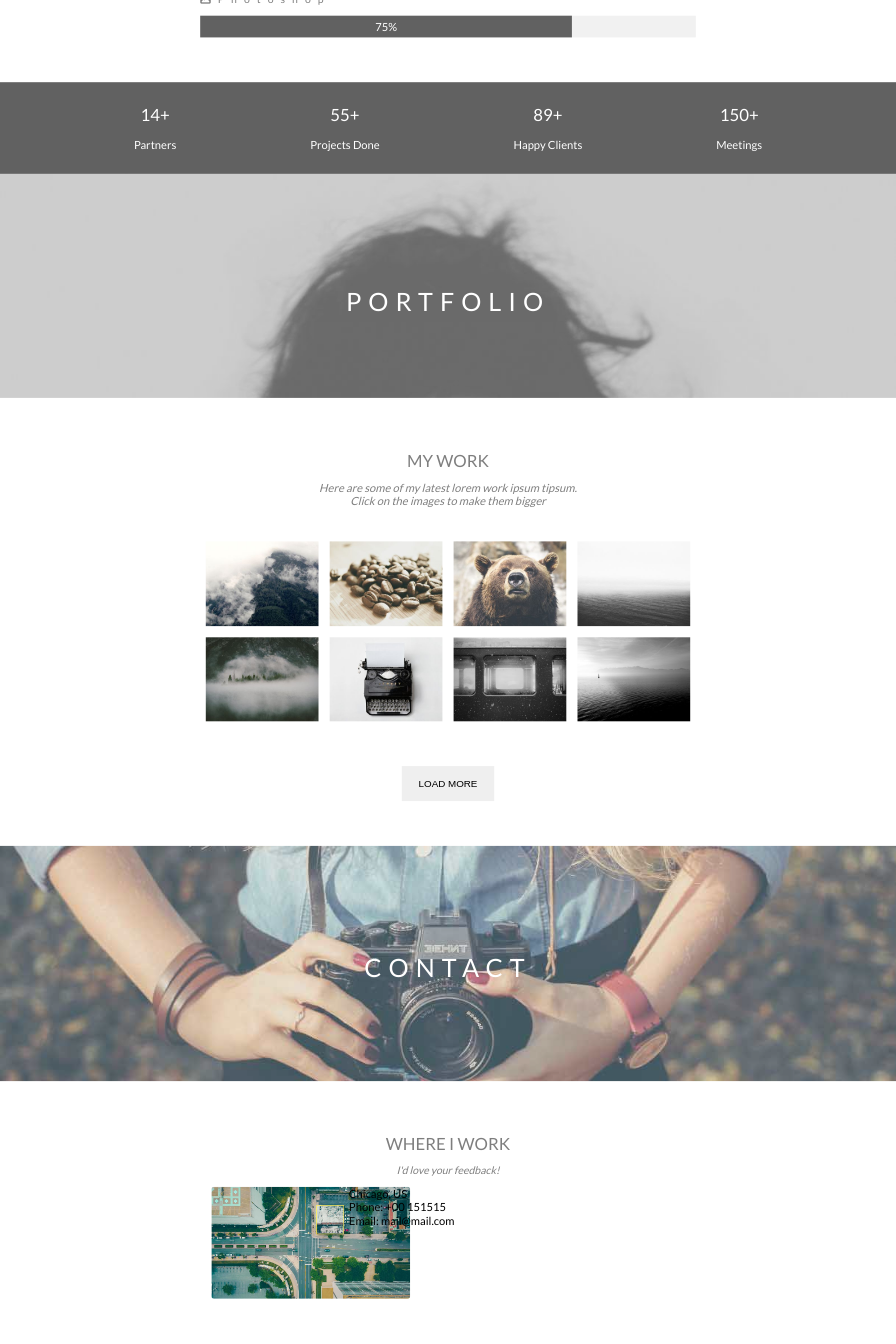
Repository: xd25vn/project-error
Page: index.html
These files come from the project's save history. The page is drawn as it stood at one moment and after a run of saves; the edit follows.
The browser window is 1280 px wide. The pictures show the part of the page from y = 1718 to 3638 px (the page is 3638 px tall before and 3620 px after), at 70% of full size.

Above is the page before, as saved 2023-09-03 17:32:35.

### index.html
<html lang="en">
<head>
    <meta charset="UTF-8">
    <meta name="viewport" content="width=device-width, initial-scale=1.0">
    <title>TEMPLATE PARALLAX</title>
    <link rel="stylesheet" href="./assets/base.css">
    <link rel="stylesheet" href="./assets/main.css">
    <link rel="stylesheet" href="https://fonts.googleapis.com/css?family=Lato">
    <link rel="stylesheet" href="./assets/font/fontawesome-free-6.4.0-web/fontawesome-free-6.4.0-web/css/all.min.css">
</head>
<body>
    <!--! HEADER -->
    <header>
        <!--? NAV -->
        <ul id="nav">
            <li><a href="#">Home</a></li>
            <li><a href="#"><i class="fa-solid fa-user"></i>About</a></li>
            <li><a href="#"><i class="fa fa-th"></i>Portfolio</a></li>
            <li><a href="#"><i class="fa-solid fa-envelope"></i>contact</a></li>
        </ul>
        <div class="nav-icon-search">
            <i class="fa-solid fa-magnifying-glass"></i>
        </div>
        <!--? NAV -->
    </header>
    <!--! HEADER -->
    <!--& SIDEBAR -->
    <div id="sidebar">
        <div class="sidebar-img-one"></div>
        <div class="sidebar-text-one">
            <span>MY WEBSITE LOGO</span>
        </div>
    </div>
    <!-- & SIDEBAR -->
    <div id="content">
        <div id="about">
            <h3 class="heading-section">ABOUT ME</h3>
            <p class="sub-heading-section">I love photography</p>
            <p class="about-section">We have created a fictional "personal" website/blog, and our fictional character is a hobby photographer. Lorem ipsum dolor sit amet, consectetur adipiscing elit, sed do eiusmod tempor incididunt ut labore et dolore magna aliqua. Ut enim ad minim veniam, quis nostrud exercitation ullamco laboris nisi ut aliquip ex ea commodo consequat. Duis aute irure dolor in reprehenderit in voluptate velit esse cillum dolore eu fugiat nulla pariatur. Excepteur sint occaecat cupidatat non proident, sunt in culpa qui officia deserunt mollit anim id est laborum consectetur adipiscing elit, sed do eiusmod tempor incididunt ut labore et dolore magna aliqua. Ut enim ad minim veniam, quis nostrud exercitation ullamco laboris nisi ut aliquip ex ea commodo consequat.</p>

            <div id="per-dec-one">
                <div class="per-img-one">
                    <div class="heading-per-one">
                        <b><i class="fa fa-user w3-margin-right"></i>My Name</b>
                    </div>
                    <br>
                    <div class="per-img">
                        <img src="./assets/image/per-dec-img/avatar_hat.jpg" alt="AVATER HAT">
                    </div>
                </div>

                <div class="per-text-one">
                    <p>Welcome to my website. I am lorem ipsum consectetur adipiscing elit, sed do eiusmod tempor incididunt ut labore et dolore magna aliqua. Ut enim ad minim veniam, quis nostrud exercitation ullamco laboris nisi ut aliquip ex ea commodo consequat. Duis aute irure dolor in reprehenderit in voluptate velit esse cillum dolore eu fugiat nulla pariatur. Excepteur sint occaecat cupidatat non proident, sunt in culpa qui officia deserunt mollit anim id est laborum consectetur adipiscing elit, sed do eiusmod tempor incididunt ut labore et dolore magna aliqua. Ut enim ad minim veniam, quis nostrud exercitation ullamco laboris nisi ut aliquip ex ea commodo consequat.</p>
                </div>
            </div>

            <div class="rate">
                <div class="rate-heading-one">
                        <p>Im really good at:</p>
                </div>
                <div class="wrapper-rate">
                    <div class="rate-section">
                        <div class="rate-section-text-one">
                            <p><i class="fa-solid fa-camera"></i>Photography</p>
                        </div>
                        <div class="rate-section-bg">
                            <div class="rate-section-sub-bg-one">
                                <p>90%</p>
                            </div>
                        </div>
                    </div>

                    <div class="rate-section">
                        <div class="rate-section-text-one">
                            <p><i class="fa-sharp fa-solid fa-desktop"></i>Web Design</p>
                        </div>
                        <div class="rate-section-bg">
                            <div class="rate-section-sub-bg-two">
                                <p>85%</p>
                            </div>
                        </div>
                    </div>

                    <div class="rate-section">
                        <div class="rate-section-text-one">
                            <p><i class="fa-solid fa-image"></i>Photoshop</p>
                        </div>
                        <div class="rate-section-bg">
                            <div class="rate-section-sub-bg-three">
                                <p>75%</p>
                            </div>
                        </div>
                    </div>
                </div>
            </div>
        </div>

        <div class="sum-number">
            <div class="value-section">
                <p class="heading-value">14+</p><br>
                <p>Partners</p>
            </div>

            <div class="value-section">
                <p class="heading-value">55+</p><br>
                <p>Projects Done</p>
            </div>

            <div class="value-section">
                <p class="heading-value">89+</p><br>
                <p>Happy Clients</p>
            </div>

            <div class="value-section">
                <p class="heading-value">150+</p><br>
                <p>Meetings</p>
            </div>
        </div>

        <div class="portfolio">
            <div class="heading-text">
                <p>PORTFOLIO</p>
            </div>
        </div>

        <div id="my-work">
            <div class="heading-work-one">
                <h3>MY WORK</h3>
            </div>

            <div class="sub-heading-work-one">
                <p>Here are some of my latest lorem work ipsum tipsum.<br>
                    Click on the images to make them bigger</p>
            </div>
            <br>
            <div class="work-list-img">
                <div class="work-list-img-one">
                    <div class="work-img-com">
                        <img src="./assets/image/work-list-img/p1.jpg" style="width: 100%;" alt="NONE">
                    </div>

                    <div class="work-img-com">
                        <img src="./assets/image/work-list-img/p2.jpg" style="width: 100%;" alt="NONE">
                    </div>

                    <div class="work-img-com">
                        <img src="./assets/image/work-list-img/p3.jpg" style="width: 100%;" alt="NONE">
                    </div>

                    <div class="work-img-com">
                        <img src="./assets/image/work-list-img/p4.jpg" style="width: 100%;" alt="NONE">
                    </div>
                </div>
                <div class="work-list-img-two">
                    <div class="work-img-com">
                        <img src="./assets/image/work-list-img/p5.jpg" style="width: 100%;" alt="NONE">
                    </div>

                    <div class="work-img-com">
                        <img src="./assets/image/work-list-img/p6.jpg" style="width: 100%;" alt="NONE">
                    </div>

                    <div class="work-img-com">
                        <img src="./assets/image/work-list-img/p7.jpg" style="width: 100%;" alt="NONE">
                    </div>

                    <div class="work-img-com">
                        <img src="./assets/image/work-list-img/p8.jpg" style="width: 100%;" alt="NONE">
                    </div>
                </div>
                <div class="work-btn">
                    <button>LOAD MORE</button>
                </div>
            </div>
        </div>

        <div id="contact">
            <p>CONTACT</p>
        </div>

        <div id="map-work">
            <div class="heading-map">
                <h3>WHERE I WORK</h3>
            </div>
            <div class="sub-heading-map">
                <p>I'd love your feedback!</p>
            </div>

            <div class="inf-map">
                <div class="map-img">
                    <img src="./assets/image/map.jpg" alt="MAP">
                </div>

                <div class="information">
                    <p> Chicago, US</p>
                    <p>Phone: +00 151515</p>
                    <p>Email: mail@mail.com</p>
                </div>
            </div>
        </div>
    </div>

    <footer id="footer">

    </footer>
</body>
</html>

### assets/base.css
* {
    margin: 0;
    padding: 0;
    box-sizing: border-box;
}
body {
    background-color: #fff;
    font-family: "Lato", sans-serif;
}

### assets/main.css
header {
    height: 43px;
    width: 100%;
    background-color: #fff;
    box-shadow: 0 0 10px rgba(0, 0, 0, 0.6);
    position: fixed;
    z-index: 1;
}

header #nav {
    display: flex;
    list-style: none;
    align-items: center;
    position: relative;
}

header #nav li {
    padding: 14px 16px;
    display: block;
}

header #nav li i {
    padding-right: 4px;
}

header
#nav
li a {
    text-decoration: none;
    color: #000;
    font-size: 15px;
    text-transform: uppercase;
}

header
#nav
li:hover {
    background: #ccc;
    cursor: pointer;
}

header
.nav-icon-search
i {
    position: absolute;
    top: 0;
    right: 0;
    padding: 14px 16px;
    text-align: center;
}

header .nav-icon-search:hover i {
    background-color: #f44336 !important;
    color: #fff;
    display: block;
    cursor: pointer;
}

#sidebar .sidebar-img-one {
    background: url(../assets/image/sidebar1.jpg) center / cover no-repeat;
    padding-top: calc(27% - 10.18px);
    opacity: 0.7;
    position: relative;
}

#sidebar .sidebar-text-one {
    background-color: #000 !important;
    position: absolute;
    padding: 12px 24px;
    left: 50%;
    transform: translateX(-50%);
    top: 23%;
    opacity: 0.8;
}

#sidebar .sidebar-text-one span {
    color: #fff;
    font-size: 24px;
    letter-spacing: 10;
}

#content #about {
    margin: 0px 270px;
    padding: 64px 16px;
}

#content #about .heading-section {
    margin: 10px 0px;
    font-size: 24px;
    font-weight: 400;
    text-align: center;
    opacity: 0.5;
}

#content #about .sub-heading-section {
    margin: 15px 0px;
    font-style: italic;
    text-align: center;
    opacity: 0.5;
}

#content #about .about-section {
    margin: 15px 0px;
    line-height: 1.8;
    opacity: 0.5;
}

#content #per-dec-one {
    display: flex;
}

#content #per-dec-one .per-img-one {
    padding: 12px 24px;
    text-align: center;
}

#content #per-dec-one .per-img-one .heading-per-one {
    margin: 15px 0px;
    font-size: 15px;
    opacity: 0.5;
}

#content #per-dec-one .per-img-one .heading-per-one i {
    padding-right: 8px;
}

#content #per-dec-one .per-img {
    width: 100%;
}

#content #per-dec-one .per-img img {
    height:  284px;
    width: 426px;
    opacity: 0.5;
}

#content #per-dec-one .per-img-one .per-img img:hover {
    opacity: 1;
}

#content #per-dec-one .per-text-one {
    margin: 15px 0;
    padding: 12px 24px;
    opacity: 0.5;
}

#content #per-dec-one .per-text-one p {
    line-height: 1.5;
}

#content .rate .rate-heading-one {
    margin: 18px 0px;
    padding: 16px 0px;
    text-align: center;
}

#content .rate .rate-heading-one p {
    font-size: 19px;
    opacity: 0.5;
}

.rate .rate-section .rate-section-text-one {
    margin: 15px 0;
}

.rate .rate-section .rate-section-text-one p {
    letter-spacing: 10px;
    font-size: 15px;
    opacity: 0.5;
}

.rate .rate-section .rate-section-bg {
    background-color: #f1f1f1;
    width: 100%;
}

.rate .rate-section .rate-section-bg .rate-section-sub-bg-one {
    background-color: #616161;
    width: 90%;
    padding: 6px 8px;
    text-align: center;
}

.rate .rate-section .rate-section-bg .rate-section-sub-bg-two {
    background-color: #616161;
    width: 85%;
    padding: 6px 8px;
    text-align: center;
}

.rate .rate-section .rate-section-bg .rate-section-sub-bg-three {
    background-color: #616161;
    width: 75%;
    padding: 6px 8px;
    text-align: center;
}

.rate .rate-section .rate-section-bg p {
    color: #fff;
}

#content .sum-number {
    display: flex;
    justify-content: space-evenly;
    background-color: #616161;
    padding: 16px 0px;
    text-align: center;
}

#content .sum-number .value-section {
    color: #fff;
    margin: 16px 0px;
}

#content .sum-number .value-section .heading-value {
    font-size: 24px;
}

#content .portfolio {
    background: url(../assets/image/parallax2.jpg) center / cover no-repeat;
    padding-top: 25%;
    width: 100%;
    opacity: 0.8;
    position: relative;
}

#content .portfolio .heading-text {
    position: absolute;
    top: 50%;
    left: 50%;
    transform: translateY(-50%);
    transform: translateX(-50%);
}

#content .portfolio .heading-text p {
    color: #fff;
    font-size: 36px;
    letter-spacing: 10px;
}

#content #my-work {
    margin: 0px 270px;
    padding: 64px 16px;
}

#content #my-work .heading-work-one {
    margin: 10px 0px;
    text-align: center;
}

#content #my-work .heading-work-one h3 {
    font-size: 24px;
    font-weight: 400;
    opacity: 0.5;
}

#content #my-work .sub-heading-work-one {
    text-align: center;
    margin: 15px 0px;
}

#content #my-work .sub-heading-work-one p {
    font-style: italic;
    opacity: 0.5;
}

#content #my-work .work-list-img .work-img-com {
    padding: 0px 8px;
    width: 25%;
}

#content #my-work .work-list-img .work-img-com:hover img {
    opacity: 0.7;
}

#content #my-work .work-list-img .work-list-img-one {
    display: inline-flex;
    margin-top: 15px;
}

#content #my-work .work-list-img .work-list-img-two {
    display: inline-flex;
    margin-top: 16px;
}

#content #my-work .work-btn {
    margin-top: 64px;
    text-align: center;
}

#content #my-work .work-btn button:hover {
    background-color: #ccc;
}

#content #my-work .work-btn button {
    padding: 17px 24px;
    border: none;
    cursor: pointer;
    font-size: 14px;
}

#content #contact {
    background: url(../assets/image/contact.jpg) center / cover no-repeat;
    width: 100%;
    padding-top: calc(27% - 10.18px);
    opacity: 0.8;
    position: relative;
}

#content #contact p {
    position: absolute;
    left: 50%;
    transform: translateX(-50%);
    top: 45%;
    letter-spacing: 10;
    font-size: 36px;
    color: white;
}

#content #map-work {
    margin: 0px 270px;
    padding: 64px 16px;
}

#content #map-work .heading-map {
    margin: 10px 0px;
    text-align: center;
}

#content #map-work .heading-map h3 {
    font-size: 24px;
    opacity: 0.5;
    font-weight: 400;
}

#content #map-work .sub-heading-map {
    margin: 15px 0px;
    text-align: center;
}

#content #map-work .sub-heading-map p {
    font-size: 15px;
    font-style: italic;
    opacity: 0.5;
}

#content #map-work .inf-map {
    display: flex;
}


#content #map-work .inf-map .map-img {
    width: 30%;
    padding: 0px 16px;
}

#content #map-work .inf-map .map-img img {
    width: 284px;
    border-radius: 4px;
}

Loaded but not shown: assets/font/fontawesome-free-6.4.0-web/fontawesome-free-6.4.0-web/css/all.min.css (library)

After the next 2 saves:
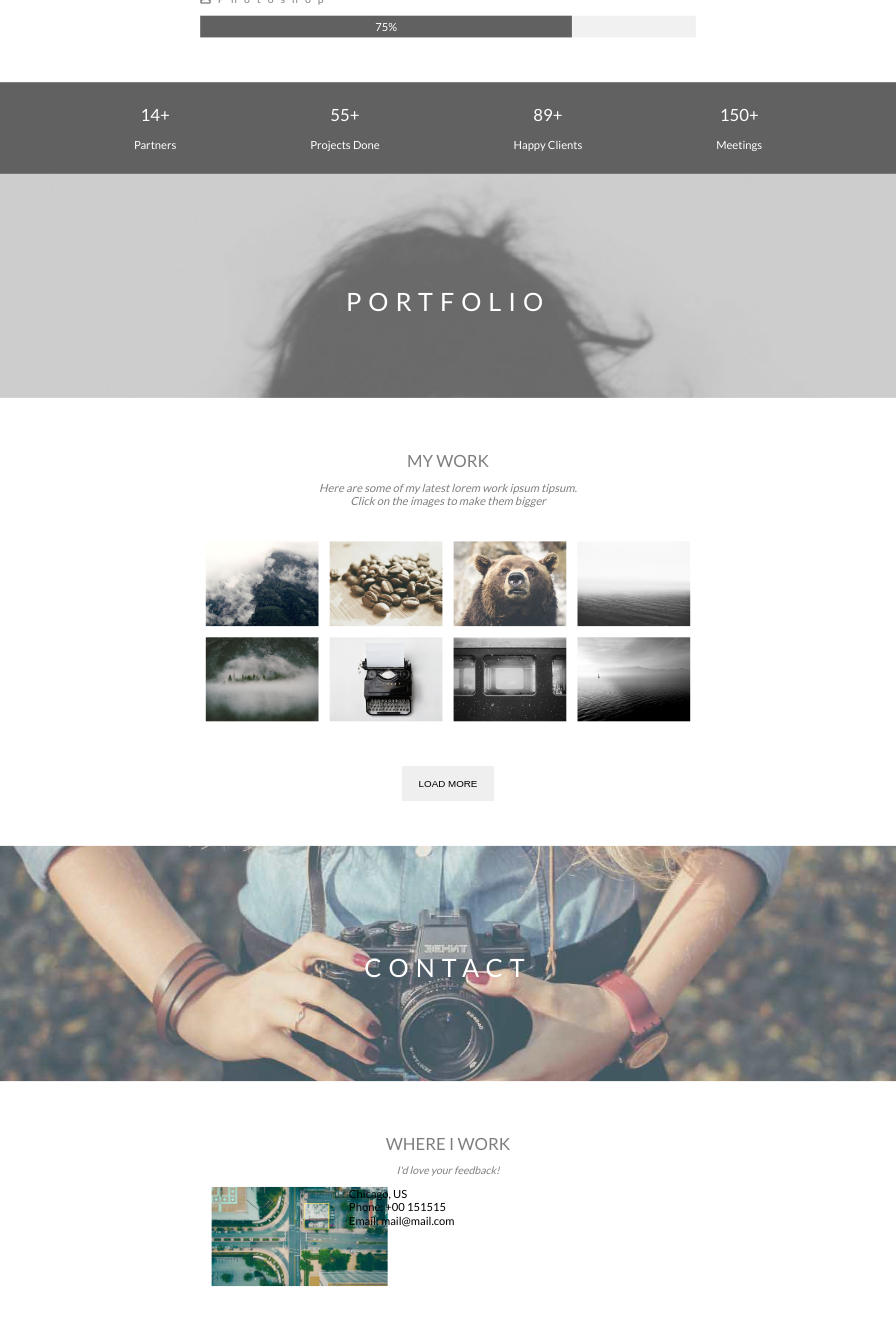
The 2 saves are shown as one change because they came seconds apart.
The last was saved 18 s later.
--- a/assets/main.css
+++ b/assets/main.css
@@ -351,10 +351,10 @@ header .nav-icon-search:hover i {
 
 #content #map-work .inf-map .map-img {
     width: 30%;
-    padding: 0px 16px;
 }
 
 #content #map-work .inf-map .map-img img {
     width: 284px;
     border-radius: 4px;
-}
+    padding: 0px 16px;
+}
